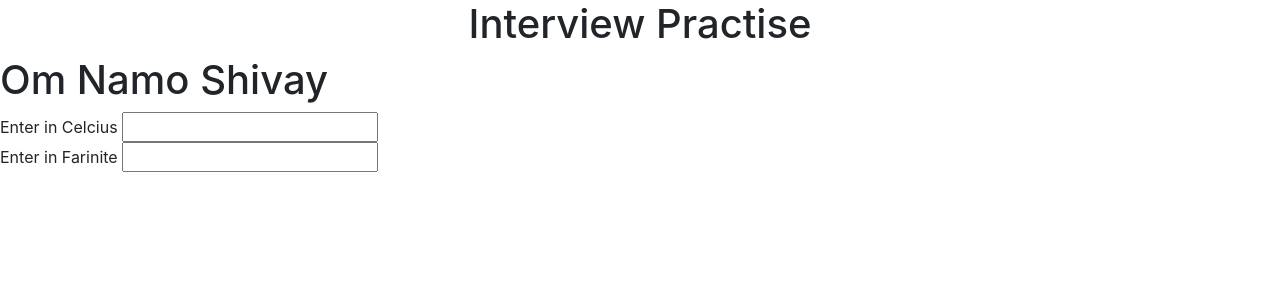
Repository: punitbathija/Machine-Round-React
Page: /
An editor plug-in stored every save of this project. The page is shown before and after the next save, followed by the edit.
The browser window is 1280 px wide. The pictures show the whole page.
The project was rebuilt for these pictures with package versions that can differ from the ones it lists, and the page was loaded fresh each time. Also part of the build but not shown: src/components/counter.jsx, src/components/ProgressBar.js, src/components/CurrencyCoverter.js.

Above is the page before, as saved 2023-06-01 14:13:54.

### src/index.js
import React from "react";
import ReactDOM from "react-dom/client";
import Counter from "./components/counter";
import "./index.css";
import ProgressBar from "./components/ProgressBar";
import CurrencyCoverter from "./components/CurrencyCoverter";
import TempratureConveter from "./components/TempratureConveter";
// import FetchApi from "./components/FetchApi";

const root = ReactDOM.createRoot(document.getElementById("root"));
root.render(
  <>
    <h1 className="text-center">Interview Practise</h1>
    {/* <Counter /> */}
    {/* <FetchApi /> */}
    {/* <ProgressBar /> */}
    {/* <CurrencyCoverter /> */}
    <TempratureConveter />
  </>
);

### src/components/TempratureConveter.js
import React, { useEffect, useState } from "react";

const TempratureConveter = () => {
  const [inCelcius, setInCelcius] = useState("");
  const [inFarinite, setInFarinite] = useState("");

  const convertInFarinites = () => {
    setInFarinite((inCelcius * 9) / 5 + 32);
  };

  const convertInCelcius = () => {
    setInCelcius((inFarinite - 32) * (5 / 9));
  };

  //   useEffect(() => {}, [inCelcius, inFarinite]);

  return (
    <div>
      <h1>Om Namo Shivay</h1>
      <span>Enter in Celcius </span>
      <input onChange={(e) => setInCelcius(e.target.value)} value={inCelcius} />
      <br />
      <span>Enter in Farinite </span>
      <input
        onChange={(e) => setInFarinite(e.target.value)}
        value={inFarinite}
      />
    </div>
  );
};

export default TempratureConveter;

Loaded but not shown: public/index.html (common file); src/index.css (common file)

After the next save:
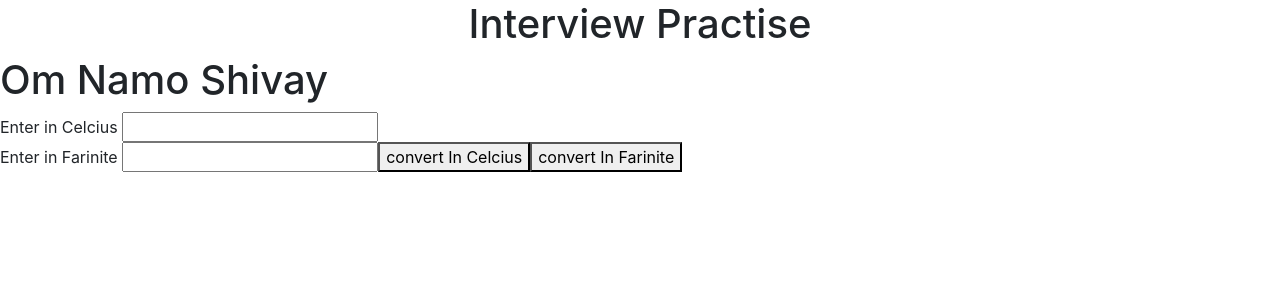
Saved 54 s later.
--- a/src/components/TempratureConveter.js
+++ b/src/components/TempratureConveter.js
@@ -25,6 +25,8 @@ const TempratureConveter = () => {
         onChange={(e) => setInFarinite(e.target.value)}
         value={inFarinite}
       />
+      <button onClick={convertInCelcius}>convert In Celcius</button>
+      <button onClick={convertInFarinites}>convert In Farinite</button>
     </div>
   );
 };
